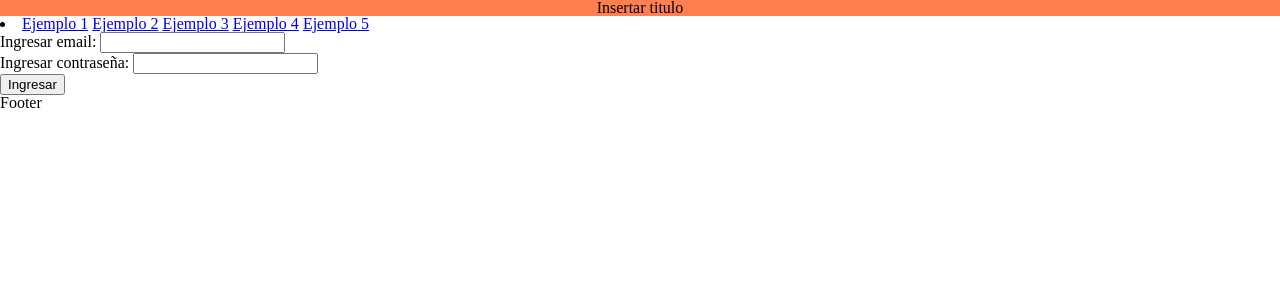
Repository: FacundoKinderknecht/Parcial-2-LPPA
Page: login/login.html
The author's editor kept a copy of each file at every save. The page is drawn from the files as they stood at one save, then again after the next save.
The browser window is 1280 px wide. The pictures show the whole page.

Above is the page before, as saved 2022-07-06 10:19:34.

After the next save:
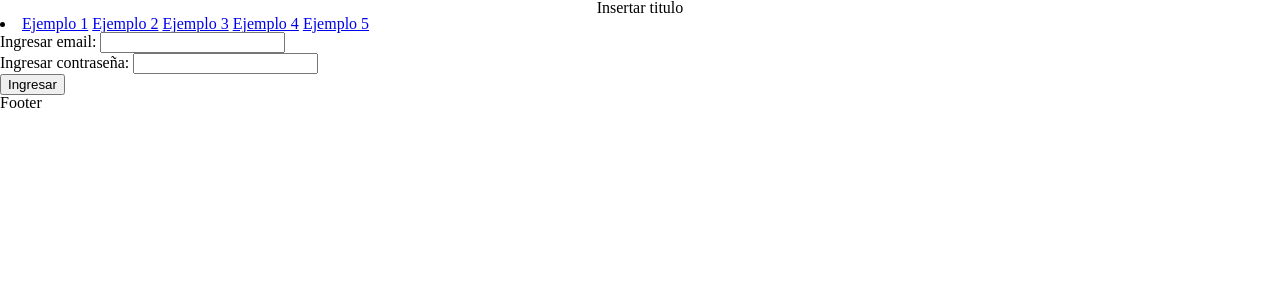
Saved 69 s later.
--- a/login/login.css
+++ b/login/login.css
@@ -1,5 +1,4 @@
 header{
-    background-color: coral;
     width: 100%;
     text-align: center;
 }
